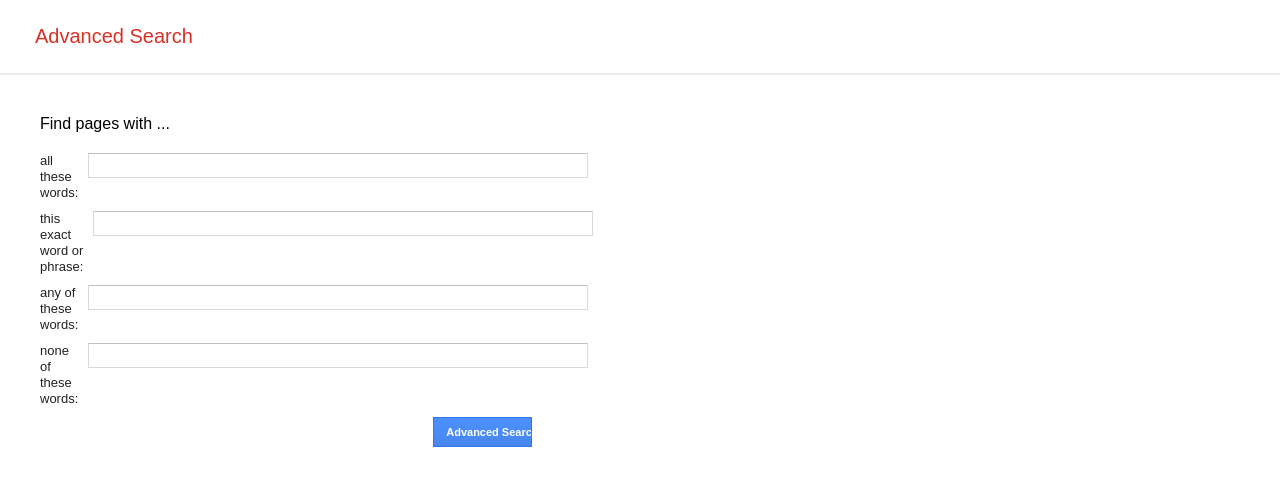
Repository: etentuk/search
Page: advanced_search.html
The author's editor kept a copy of each file at every save. The page is drawn from the files as they stood at one save, then again after the next save.
The browser window is 1280 px wide. The pictures show the whole page.

Above is the page before, as saved 2021-11-05 17:06:02.

After the next save:
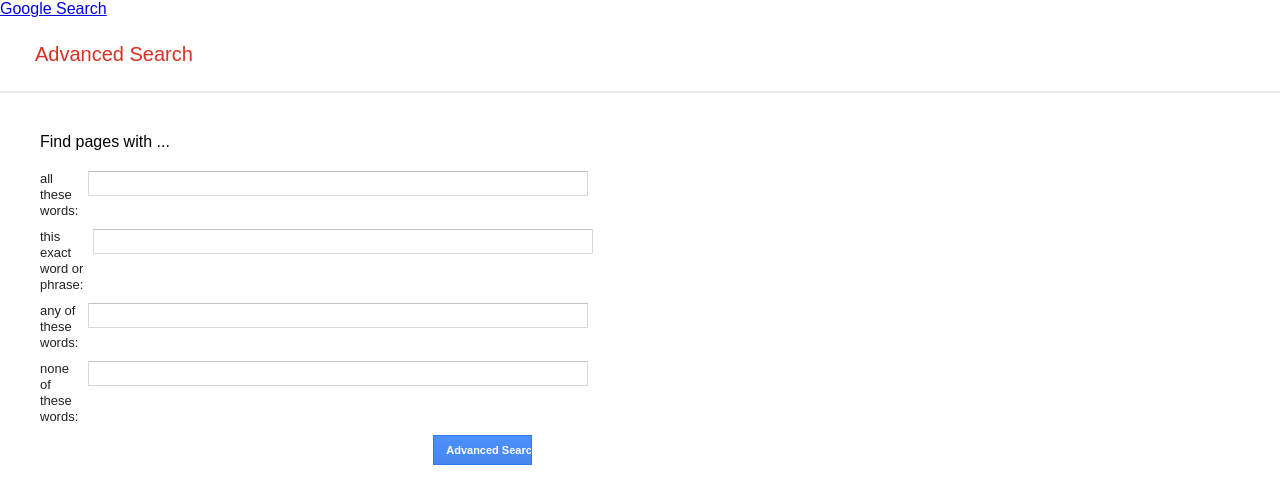
Saved 68 s later.
--- a/advanced_search.html
+++ b/advanced_search.html
@@ -53,6 +53,11 @@
 </head>
 
 <body>
+    <div id="navBar">
+        <div class="navLink">
+            <a href="advanced_search.html">Google Search</a>
+        </div>
+    </div>
     <div id="title">
         Advanced Search
     </div>
